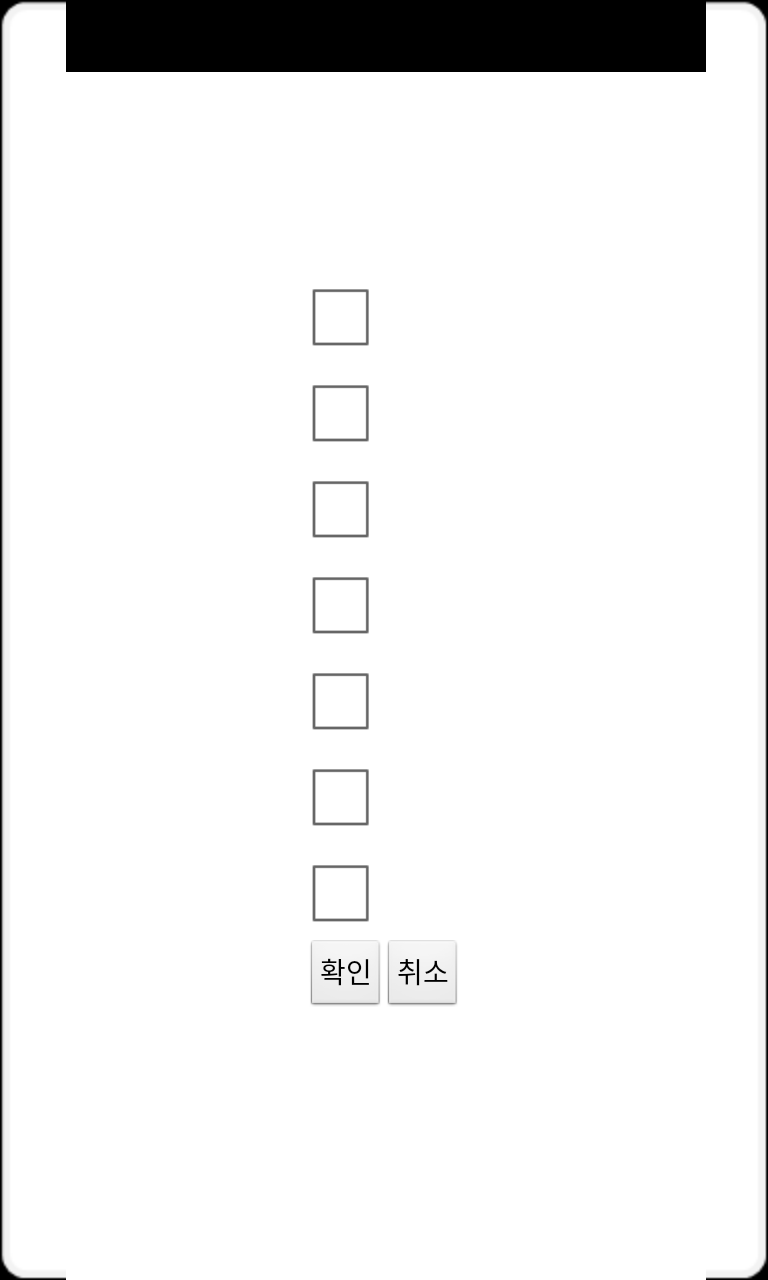
Repository: blacky512/smart_morning_call
Layout: client/SmartMorningCall/res/layout/dayselect_frag.xml
An editor plug-in stored every save of this project. The layout is shown before and after the next save, followed by the edit.
It is drawn on a 768 x 1280 px phone screen (xhdpi) without system bars, with theme android:Theme.NoTitleBar; the app's code is not run.

Above is the layout before, as saved 2013-02-19 12:57:22.

After the next save:
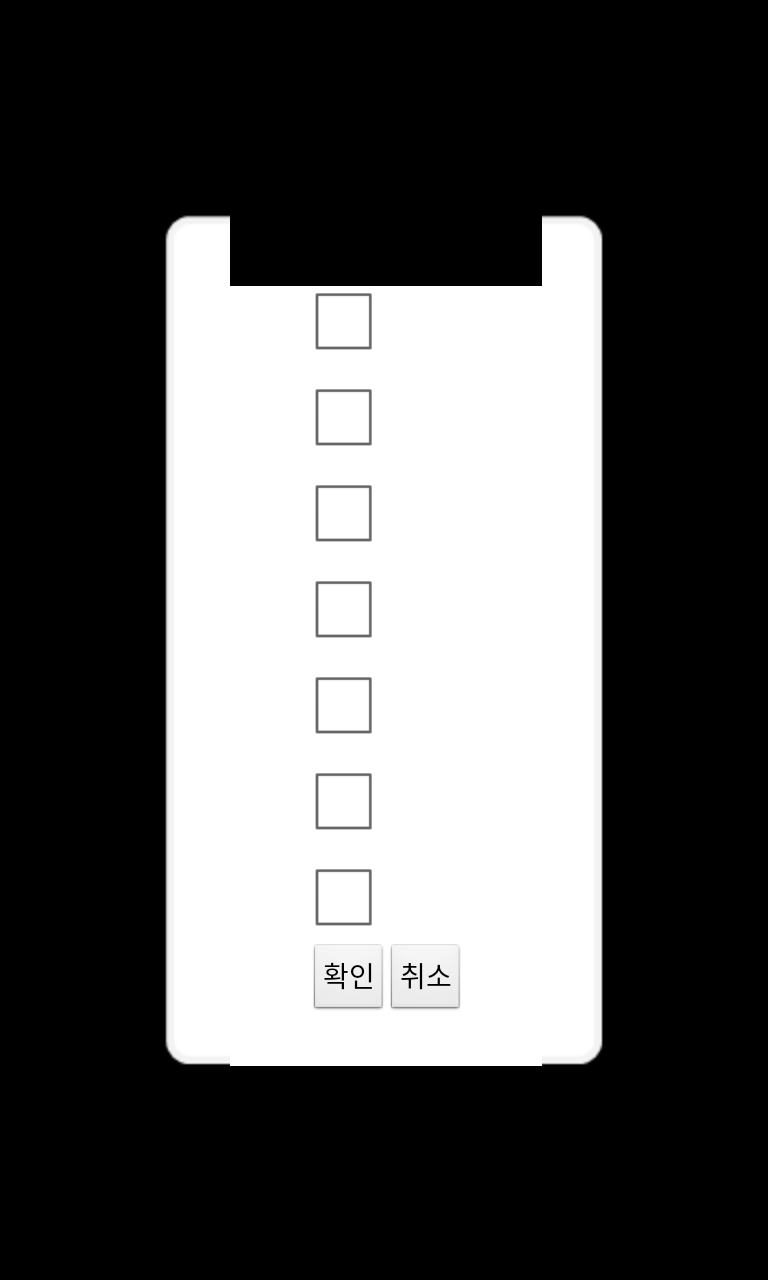
Saved 6 min 54 s later.
--- a/client/SmartMorningCall/res/layout/dayselect_frag.xml
+++ b/client/SmartMorningCall/res/layout/dayselect_frag.xml
@@ -3,20 +3,14 @@
     android:id="@+id/RelativeLayout1"
     android:layout_width="match_parent"
     android:layout_height="match_parent"
-    android:background="@drawable/te"
+    android:background="#00FF0000"
     android:orientation="vertical" >
-
-    <RelativeLayout
-        android:id="@+id/relativeLayout2"
-        android:layout_width="wrap_content"
-        android:layout_height="wrap_content"
-        android:layout_centerInParent="true" >
-    </RelativeLayout>
 
     <LinearLayout
         android:layout_width="220dp"
         android:layout_height="wrap_content"
         android:layout_centerInParent="true"
+        android:background="@drawable/te"
         android:orientation="vertical" >
 
         <CheckBox
